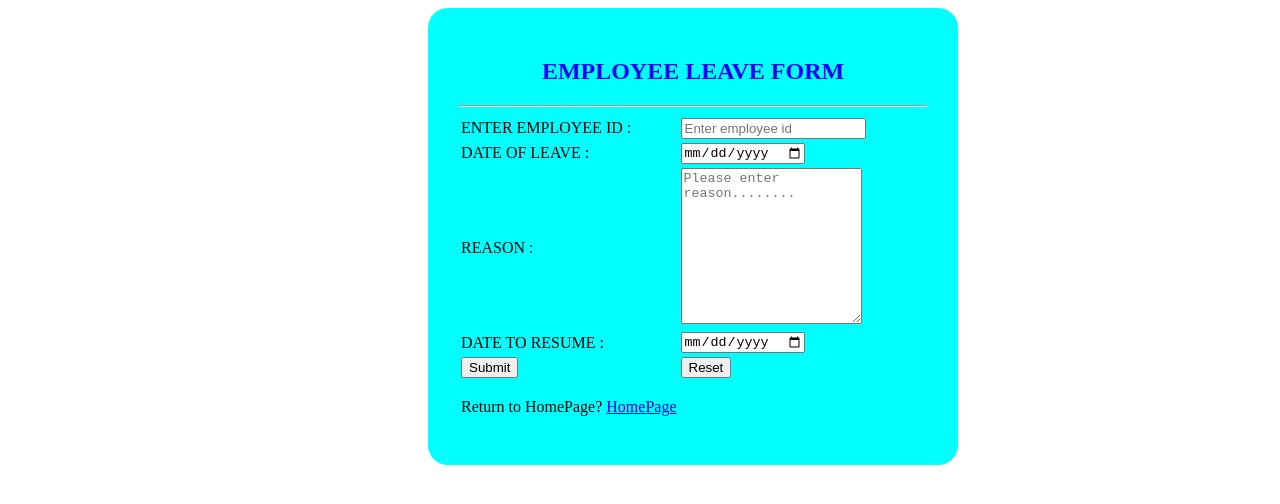
Repository: Catalyst-OTU/Java_Works
Page: jspSession2/WebContent/applyleave.html
These files come from the project's save history. The page is drawn as it stood at one moment and after the next save; the edit follows.
The browser window is 1280 px wide. The pictures show the whole page.

Above is the page before, as saved 2021-01-28 21:33:32.

After the next save:
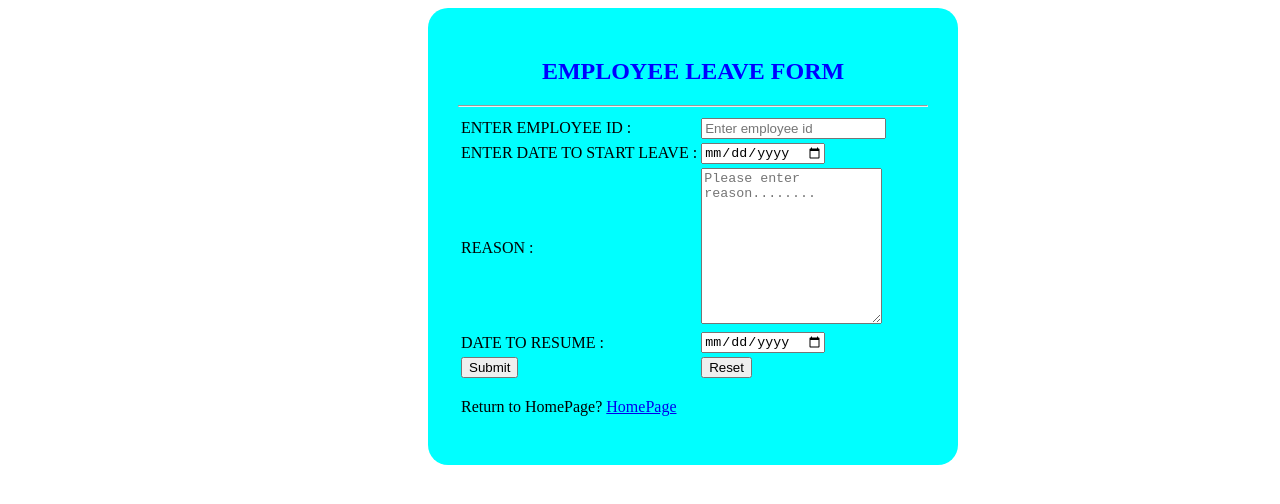
Saved 53 s later.
--- a/jspSession2/WebContent/applyleave.html
+++ b/jspSession2/WebContent/applyleave.html
@@ -38,7 +38,7 @@
 			</tr>
 
 			<tr>
-				<td> DATE OF LEAVE :</td>
+				<td> ENTER DATE TO START LEAVE :</td>
 				<td><input type="date" name="applydate" class="form-control" placeholder="Enter date to start leave" required></td>
 			</tr>
 
